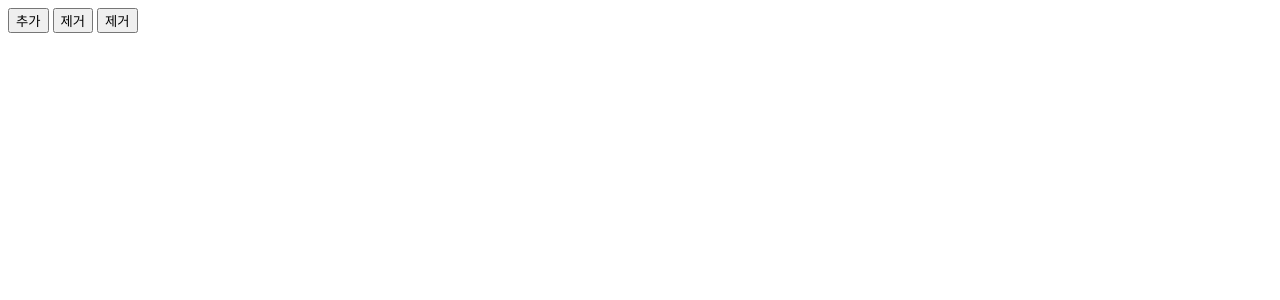
Repository: SeungjaeYu/webstudy
Page: webstudy/14_javascript/ch07_style/test04.html
These files come from the project's save history. The page is drawn as it stood at one moment and after a run of saves; the edit follows.
The browser window is 1280 px wide. The pictures show the whole page.

Above is the page before, as saved 2019-10-01 11:17:38.

After the next 3 saves:
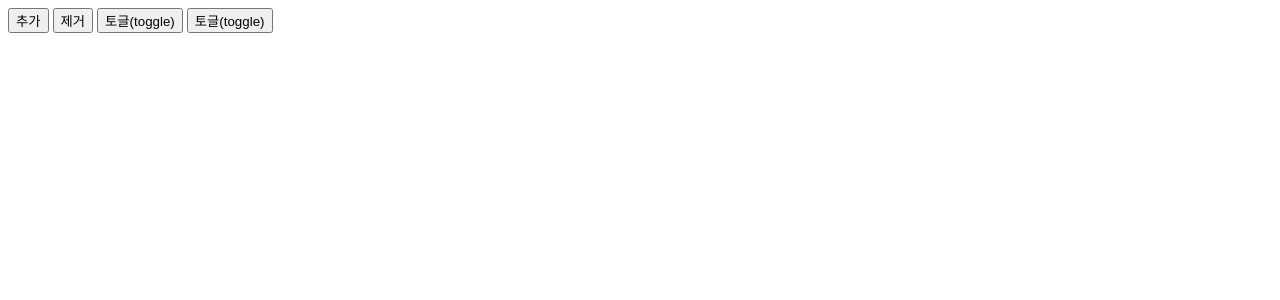
The 3 saves are shown as one change because they came seconds apart.
The last was saved 15 s later.
--- a/webstudy/14_javascript/ch07_style/test04.html
+++ b/webstudy/14_javascript/ch07_style/test04.html
@@ -30,7 +30,8 @@
     <div>
         <button>추가</button>
         <button>제거</button>
-        <button>제거</button>
+        <button>토글(toggle)</button>
+        <button>토글(toggle)</button>
     </div>
     <script>
         function changeCss() {
